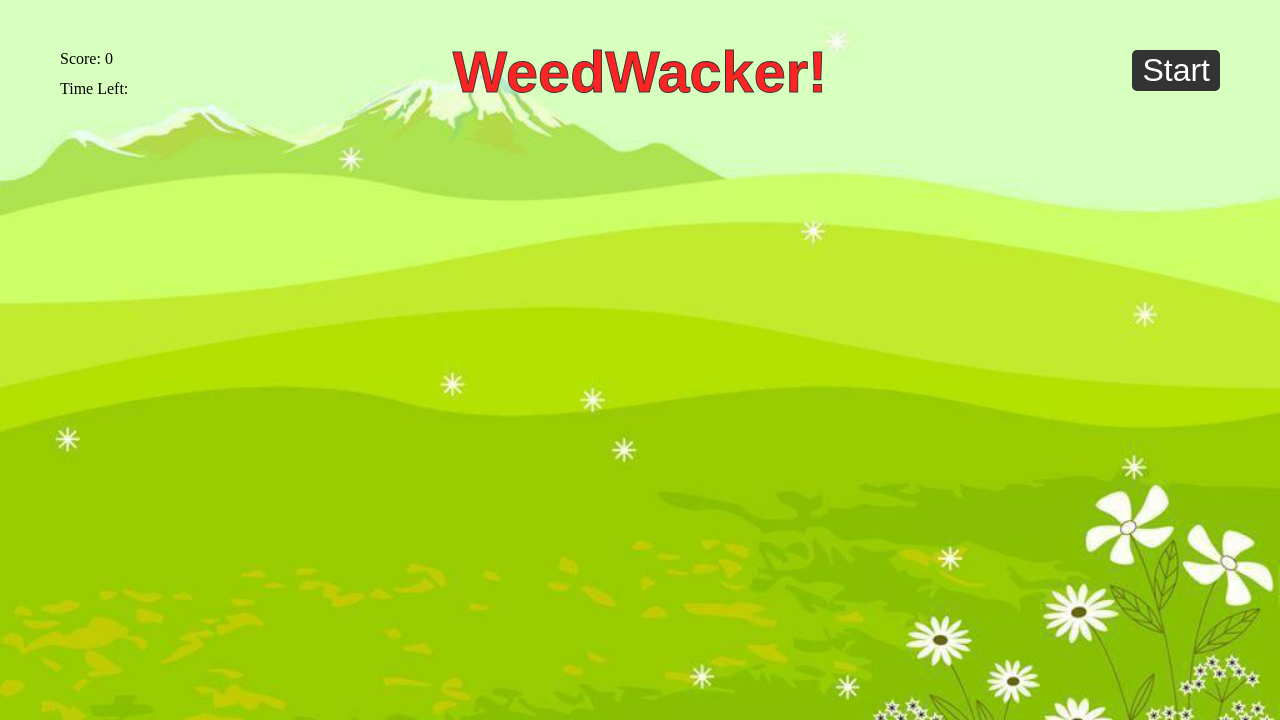
Repository: AustinW24/weedwacker
Page: index.html
An editor plug-in stored every save of this project. The page is shown before and after a run of saves, followed by the edit.
The browser window is 1280 px wide. The pictures show the whole page.
Some web fonts or font styles are not loaded; a fallback is used.

Above is the page before, as saved 2022-02-11 10:14:35.

After the next 3 saves:
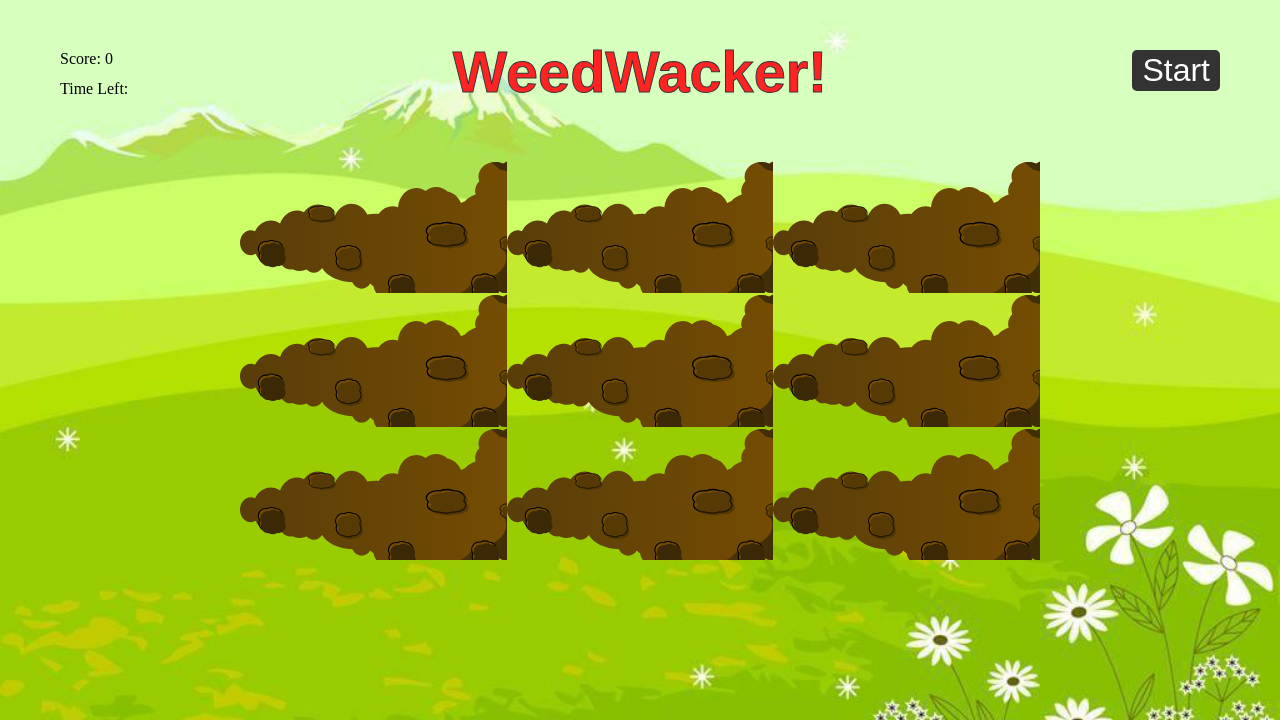
The 3 saves are shown as one change because they came seconds apart.
The last was saved 30 s later.
--- a/style.css
+++ b/style.css
@@ -36,6 +36,7 @@ body {
     flex: 1 0 33.33%;
     overflow: hidden;
     position: relative;
+    background: url("/assets/dirt.svg")
 }
 
 button {
